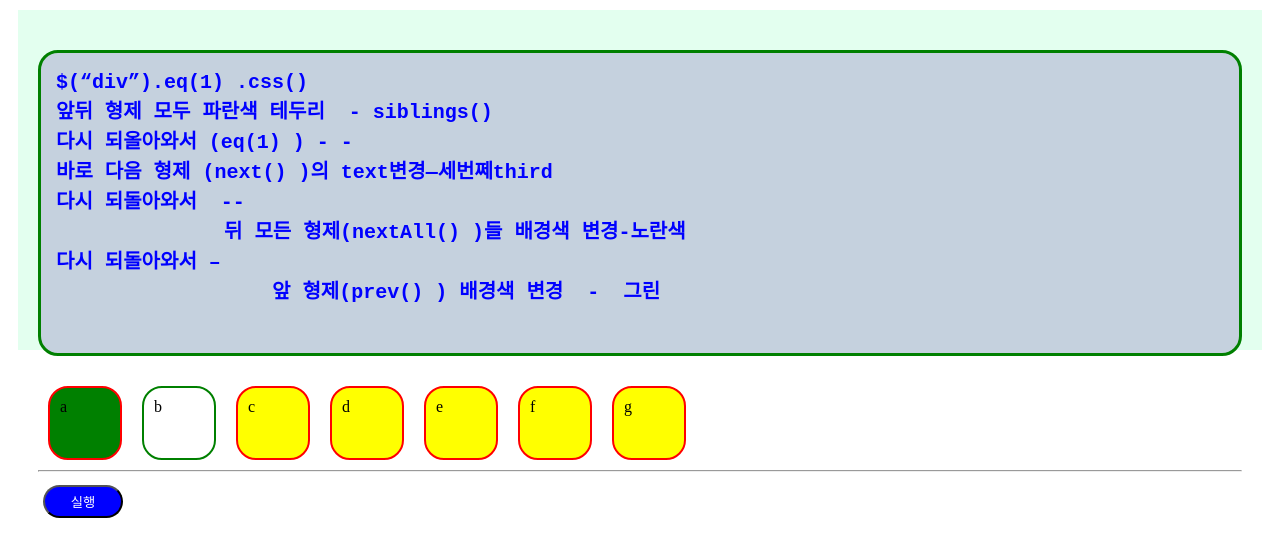
Repository: ypyp0205/jquery
Page: jqpro/WebContent/0214/sivlings_end.html
An editor plug-in stored every save of this project. The page is shown before and after the next save, followed by the edit.
The browser window is 1280 px wide. The pictures show the whole page.
After loading, the first visible `#btn1` was clicked once.

Above is the page before, as saved 2020-02-14 01:23:41.

After the next save:
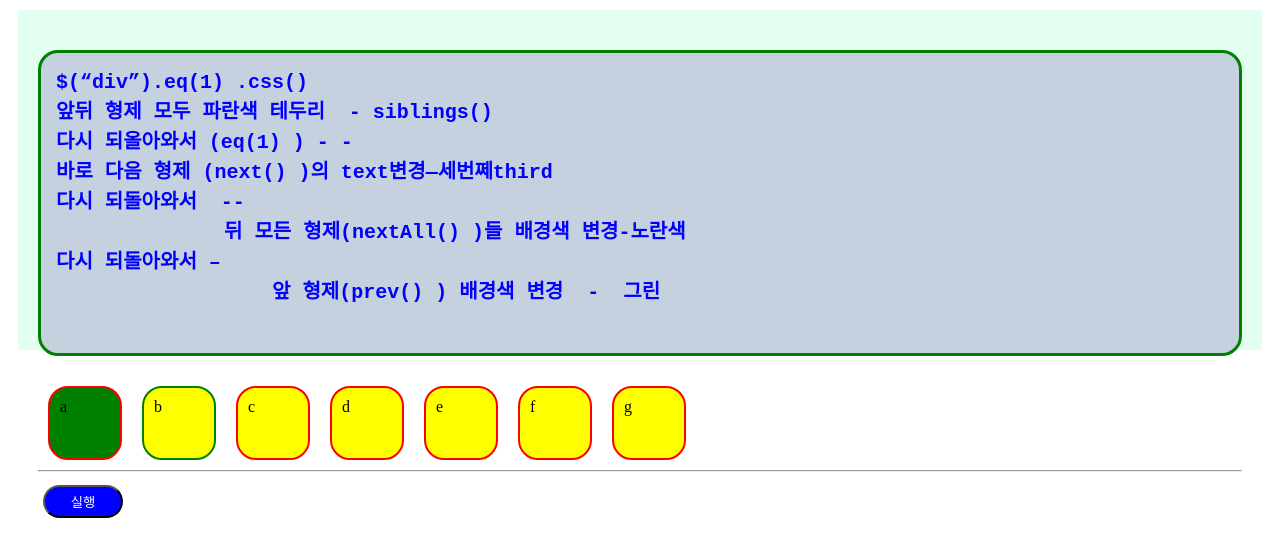
Saved 2 min 6 s later.
--- a/jqpro/WebContent/0214/sivlings_end.html
+++ b/jqpro/WebContent/0214/sivlings_end.html
@@ -11,9 +11,9 @@
 
 		$('#btn1').click(function(){
 		$('.box div').siblings('div').css('border', '2px solid red')
-									.css('background', 'yellow');
+									 .css('background', 'yellow');
 		$('.box div').eq(1).css('border', '2px solid green')
-		.eq(0).css('background', 'white');
+						   .eq(1).next().css('background', 'yellow');
 		$('.box div').eq(0).css('background', 'green');
 
 		})
